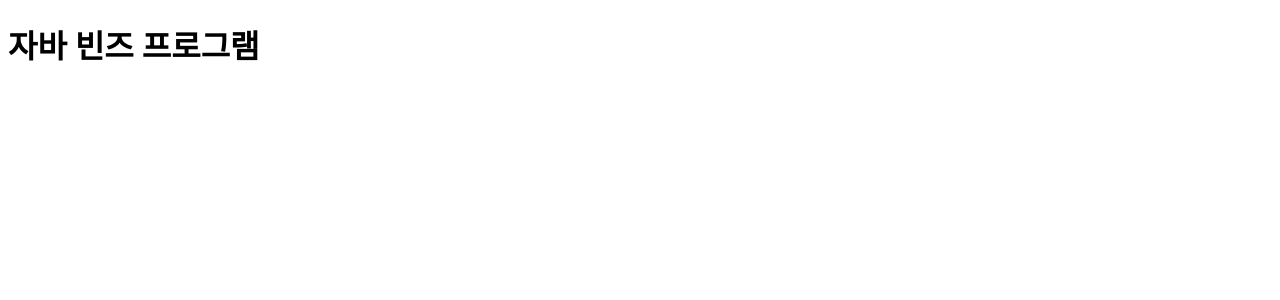
Repository: seminocoe/JSP_STUDY
Page: http://localhost/ServletProject/sample/simpleForm.jsp
These files come from the project's save history. The page is drawn as it stood at one moment and after the next save; the edit follows.
The browser window is 1280 px wide. The pictures show the whole page.
The page is served by Tomcat 9. Nobody is signed in. The application's start-up code is not run.

Above is the page before, as saved 2022-08-02 05:14:48.

After the next save:
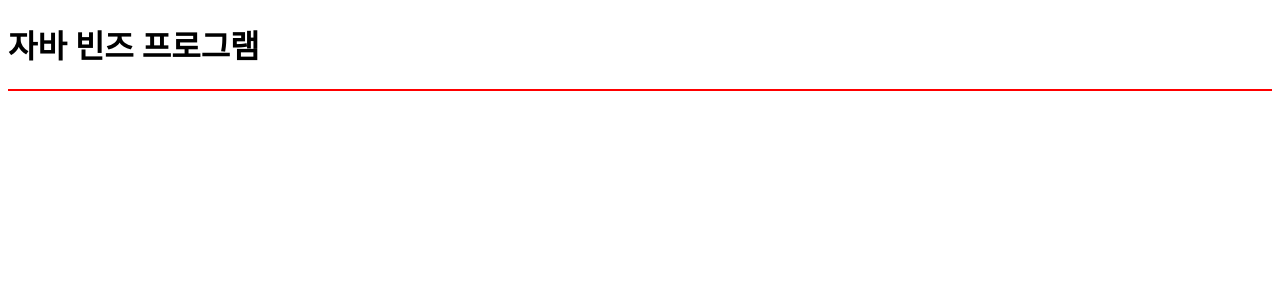
Saved 31 s later.
--- a/ServletProject/src/main/webapp/sample/simpleForm.jsp
+++ b/ServletProject/src/main/webapp/sample/simpleForm.jsp
@@ -8,5 +8,7 @@
 </head>
 <body>
 <h1>자바 빈즈 프로그램</h1>
+<hr color="red"><br><br>
+<form action="simpleBean"></form>
 </body>
 </html>
